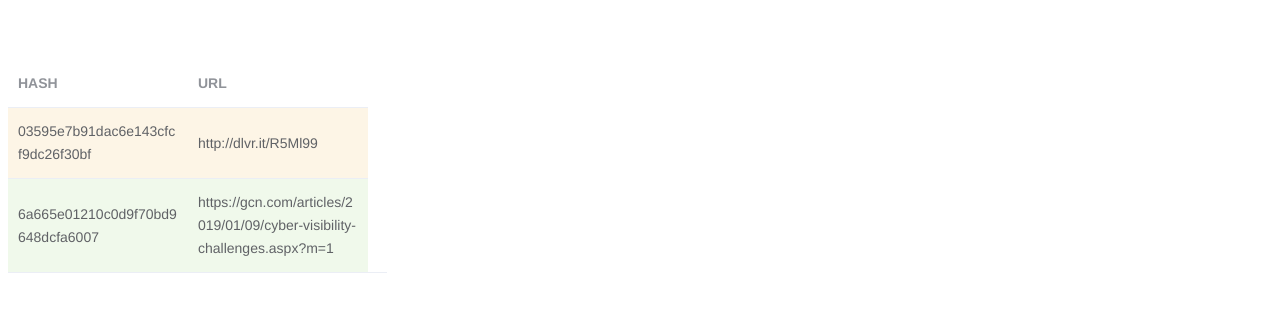
Repository: NicoleGX/TI
Page: /
The author's editor kept a copy of each file at every save. The page is drawn from the files as they stood at one save, then again after the next save.
The browser window is 1280 px wide. The pictures show the whole page.
The project was rebuilt for these pictures with package versions that can differ from the ones it lists, and the page was loaded fresh each time.

Above is the page before, as saved 2019-05-28 17:44:13.

After the next save:
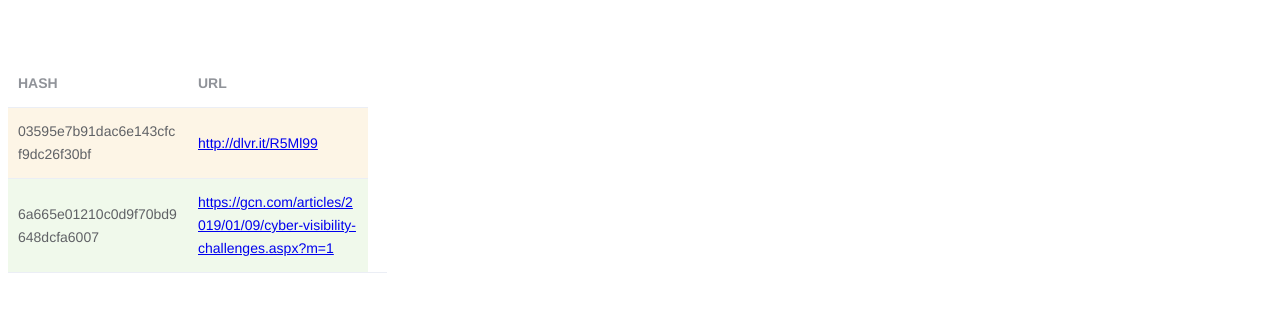
Saved 3 min 31 s later.
--- a/src/views/TextClassification.vue
+++ b/src/views/TextClassification.vue
@@ -14,6 +14,11 @@
           prop="url"
           label="URL"
           width="180">
+          <template slot-scope="scope">
+            <a :href=scope.row.url
+              target="_black"
+              class="buttonText">{{scope.row.url}}</a>
+          </template>
         </el-table-column>
       </el-table>
     </el-aside>
